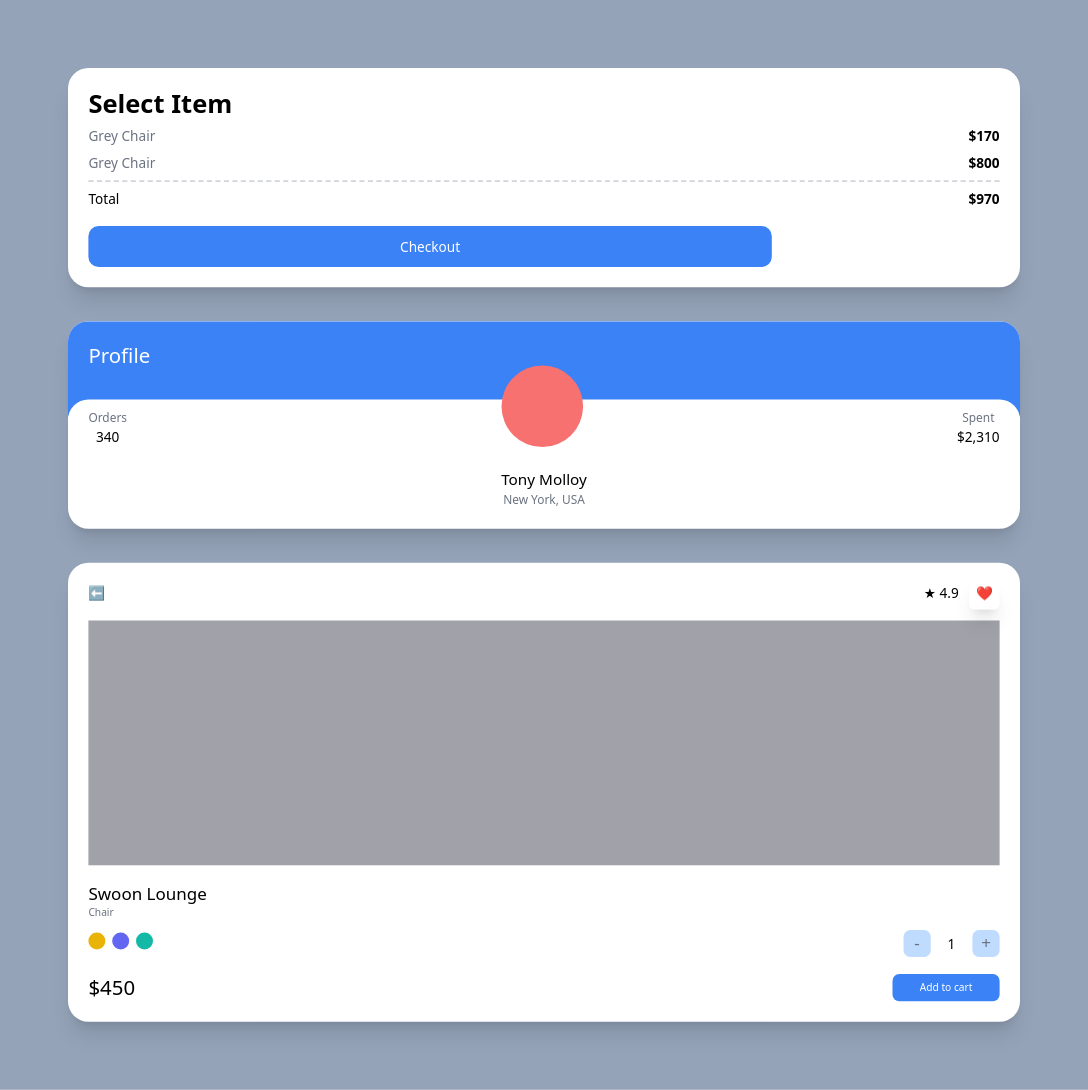
Repository: pjk0007/nextjs-carrot-marcket
Page: /
These files come from the project's save history. The page is drawn as it stood at one moment and after the next save; the edit follows.
The browser window is 1280 px wide. The pictures show the whole page, at 85% of full size.
The project was rebuilt for these pictures with package versions that can differ from the ones it lists, and the page was loaded fresh each time. The framework's server and built-in components were replaced by stand-ins that run in the browser. Also part of the build but not shown: next.config.js.

Above is the page before, as saved 2022-04-30 13:44:42.

After the next save:
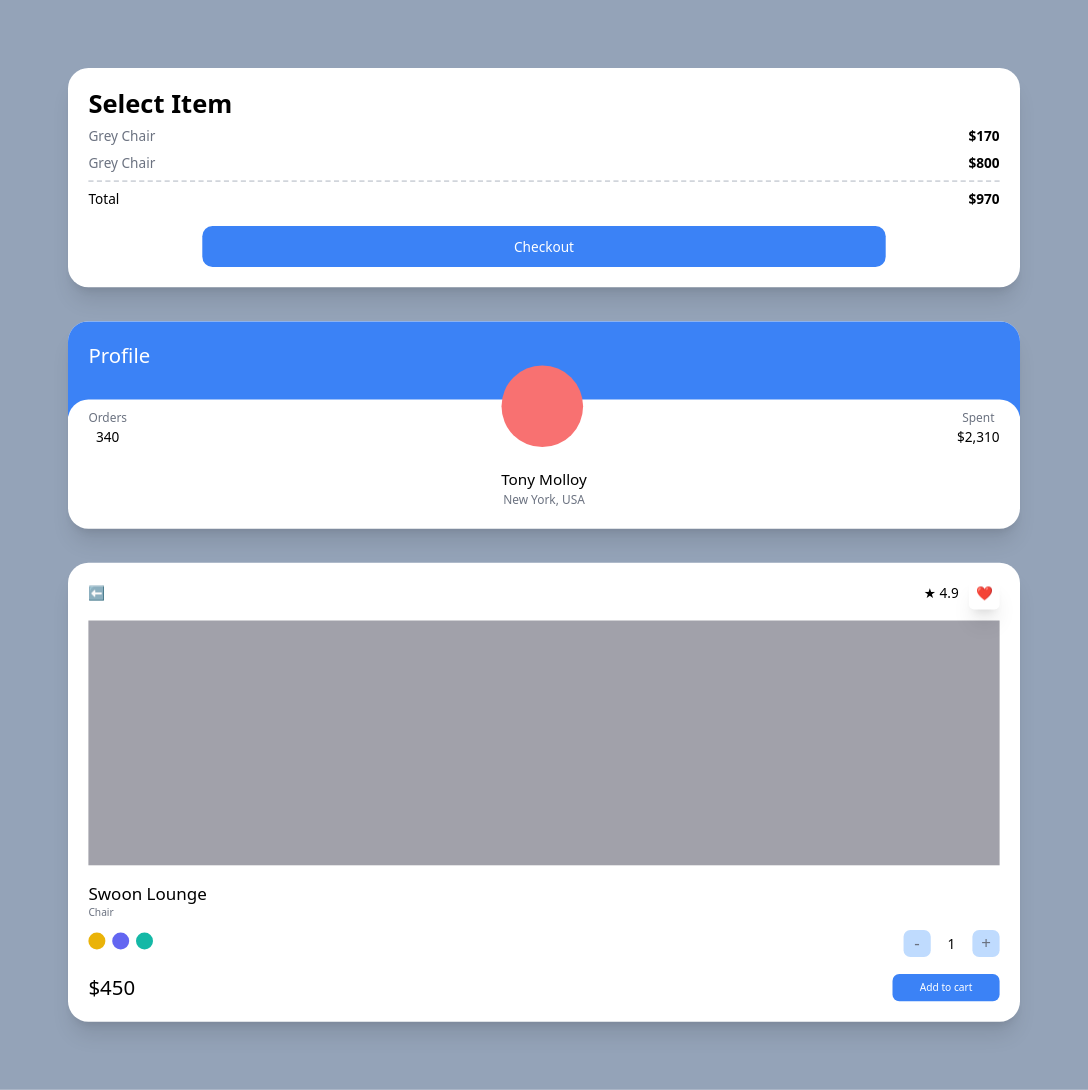
Saved 37 s later.
--- a/pages/index.tsx
+++ b/pages/index.tsx
@@ -16,7 +16,7 @@ const Home: NextPage = () => {
           <span>Total</span>
           <span className='font-semibold'>$970</span>
         </div>
-        <button className='mt-5 bg-blue-500 text-white p-3 text-center rounded-xl w-3/4 mx-auto hover:bg-teal-500 hover:text-black active:bg-yellow-500 focus:bg-red-500'>Checkout</button>
+        <button className='mt-5 bg-blue-500 text-white p-3 text-center rounded-xl block w-3/4 mx-auto hover:bg-teal-500 hover:text-black active:bg-yellow-500 focus:bg-red-500'>Checkout</button>
       </div>
 
       <div className='bg-white overflow-hidden rounded-3xl shadow-xl'>
